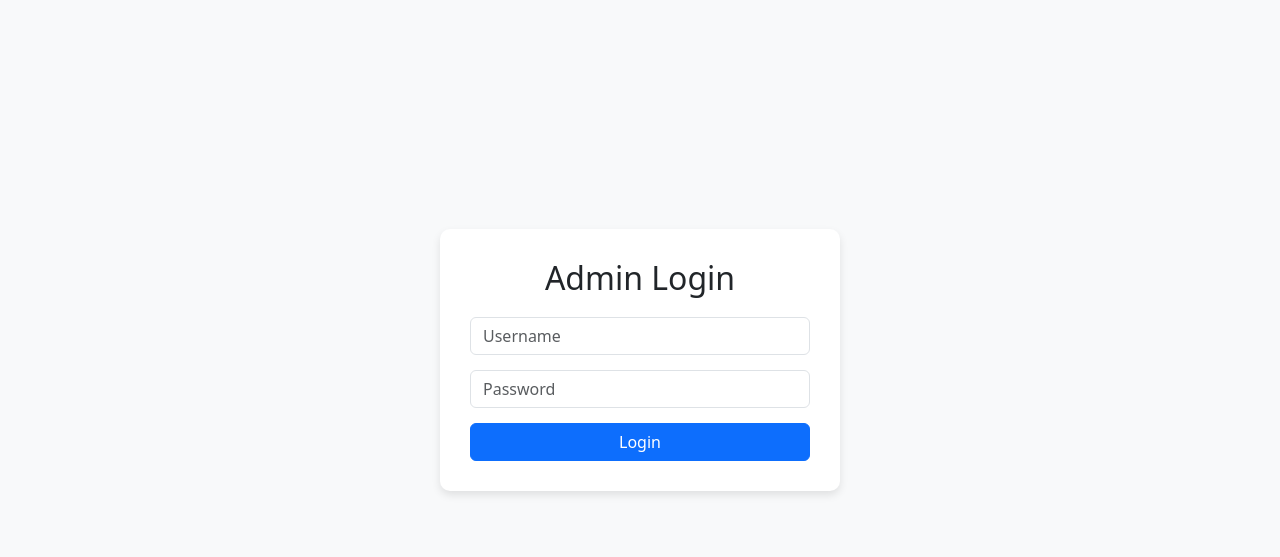
Repository: himanshu2k23/HoteMate
Page: http://localhost/HotelMate/admin/login
An editor plug-in stored every save of this project. The page is shown before and after the next save, followed by the edit.
The browser window is 1280 px wide. The pictures show the whole page.
The page is served by Tomcat 10. Other server files are loaded and not shown.

Above is the page before, as saved 2025-01-17 16:15:35.

### HotelMate/src/main/webapp/WEB-INF/admin/login.jsp
<%@ page contentType="text/html;charset=UTF-8" language="java"%>
<!DOCTYPE html>
<html lang="en">
<head>
<meta charset="UTF-8">
<meta name="viewport" content="width=device-width, initial-scale=1.0">
<title>Admin Login</title>
<link rel="stylesheet"
	href="https://cdn.jsdelivr.net/npm/bootstrap@5.3.0/dist/css/bootstrap.min.css">
<style>
body {
	background-color: #f8f9fa;
	display: flex;
	justify-content: center;
	align-items: center;
	height: 100vh;
}

.login-container {
	background: #ffffff;
	padding: 30px;
	border-radius: 10px;
	box-shadow: 0 4px 8px rgba(0, 0, 0, 0.1);
	max-width: 400px;
	width: 100%;
}

.login-container h2 {
	text-align: center;
	margin-bottom: 20px;
}

.error {
	color: #dc3545;
	margin-bottom: 20px;
}

.form-control {
	margin-bottom: 15px;
}
</style>
</head>
<body>

	<div class="login-container">
		<form action="${pageContext.request.contextPath}/admin/login"
			method="post">
			<h2>Admin Login</h2>

			<%
			if (request.getAttribute("error") != null) {
			%>
			<div class="alert alert-danger">${error}</div>
			<%
			}
			%>

			<div class="form-group">
				<input type="text" name="username" class="form-control"
					placeholder="Username" required>
			</div>

			<div class="form-group">
				<input type="password" name="password" class="form-control"
					placeholder="Password" required>
			</div>

			<button type="submit" class="btn btn-primary w-100">Login</button>
		</form>
	</div>

	<script
		src="https://cdn.jsdelivr.net/npm/bootstrap@5.3.0/dist/js/bootstrap.bundle.min.js"></script>
</body>
</html>

### HotelMate/src/main/java/com/hotelmate/admin/servlets/AdminLoginServlet.java
package com.hotelmate.admin.servlets;

import jakarta.servlet.*;
import jakarta.servlet.annotation.WebServlet;
import jakarta.servlet.http.*;
import java.io.IOException;

@WebServlet("/admin/login")
public class AdminLoginServlet extends HttpServlet {
	private static final long serialVersionUID = 1L;

	@Override
	protected void doGet(HttpServletRequest request, HttpServletResponse response)
			throws ServletException, IOException {
		request.getRequestDispatcher("/WEB-INF/admin/login.jsp").forward(request, response);
	}

	@Override
	protected void doPost(HttpServletRequest request, HttpServletResponse response)
			throws ServletException, IOException {
		String username = request.getParameter("username");
		String password = request.getParameter("password");

		if (validateAdmin(username, password)) {
			HttpSession session = request.getSession();
			session.setAttribute("adminUser", username);
			response.sendRedirect(request.getContextPath() + "/admin/dashboard");
		} else {
			request.setAttribute("error", "Invalid credentials");
			request.getRequestDispatcher("/WEB-INF/admin/login.jsp").forward(request, response);
		}
	}

	private boolean validateAdmin(String username, String password) {

		return false;
	}
}

After the next save:
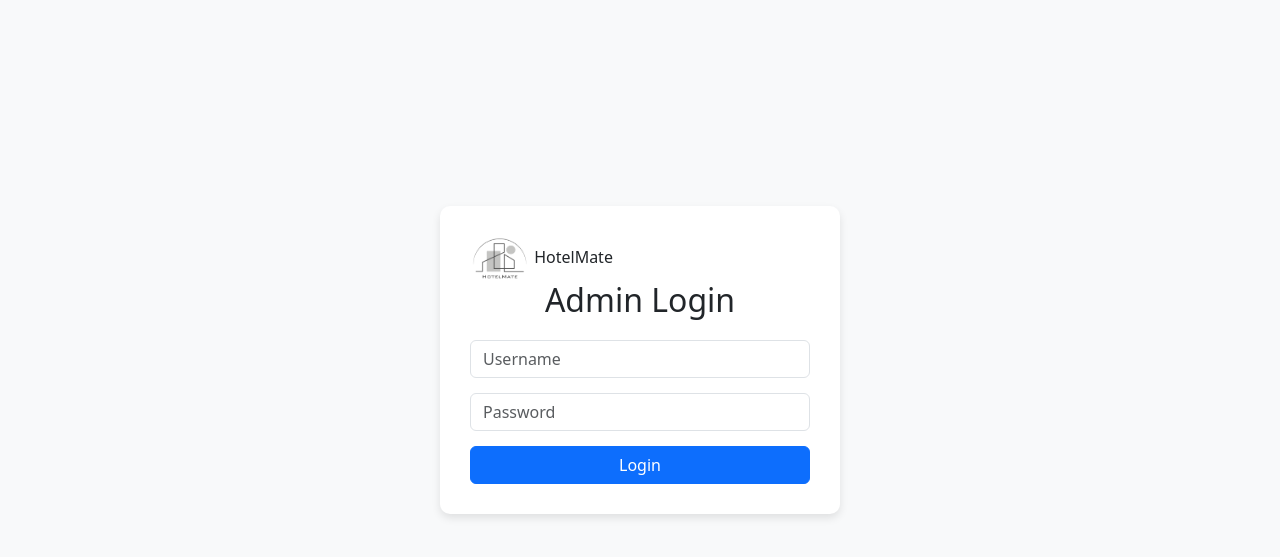
Saved 10 s later.
--- a/HotelMate/src/main/webapp/WEB-INF/admin/login.jsp
+++ b/HotelMate/src/main/webapp/WEB-INF/admin/login.jsp
@@ -43,6 +43,9 @@ body {
 <body>
 
 	<div class="login-container">
+		<img src="http://localhost:8080/HotelMate/Images/HotelmateLogo.png"
+			alt="HotelMate Logo" width="60" height="45" class="d-inline-block">
+		<span class="brand-text">HotelMate</span>
 		<form action="${pageContext.request.contextPath}/admin/login"
 			method="post">
 			<h2>Admin Login</h2>
